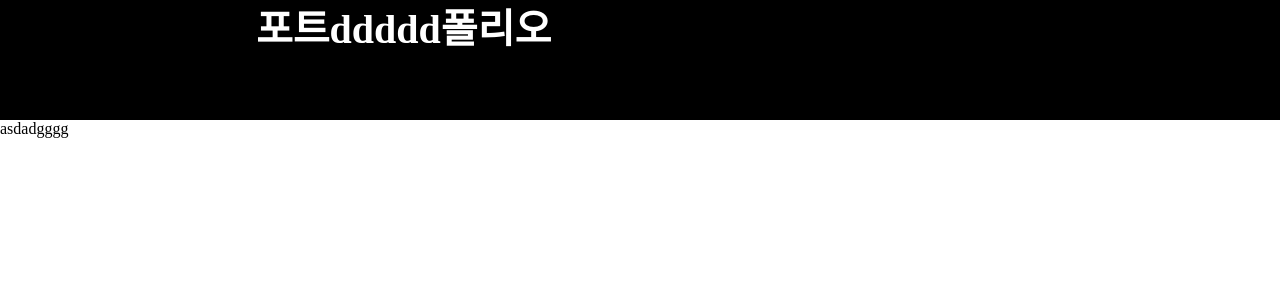
Repository: ItChoi/CSS-Study
Page: Css/WebContent/html/boostcourse/project-A1/portfolio.html
An editor plug-in stored every save of this project. The page is shown before and after a run of saves, followed by the edit.
The browser window is 1280 px wide. The pictures show the whole page.

Above is the page before, as saved 2019-06-17 12:26:51.

### Css/WebContent/html/boostcourse/project-A1/portfolio.html
<!DOCTYPE html>
<html>
<head>
	<link href="../../../css/boostcourse/project-A1/portfolio.css" rel="stylesheet" type="text/css">

</head>
<body>
	<div class="wrap">

		<div class="header">

		</div>

		<div class="content">

			<div class="con_header">
				<div class="test">
					<span class="title">포트ddddd폴리오</span>
				</div>

			</div>

			<div class="con_content">


			</div>

		</div>

		<div class="footer">
		asdadgggg
		</div>


	</div>

</body>
</html>

### Css/WebContent/css/boostcourse/project-A1/portfolio.css
html, body, .wrap {
	margin: 0px;
	padding: 0px;
}

.header {
	width: 100%;
	height: 120px;
	background: #000;

	position: relative;

}

.content {
	position: absolute;
	top: 0;
	left: 20%;
	right: 20%;
}

.con_header {
	width: 1000px;
	height: 120px;
}

.test {
	line-height: 60px;
}

.title {
	color: #fff;
	font-size: 40px;
	font-weight: bold;
}

After the next 2 saves:
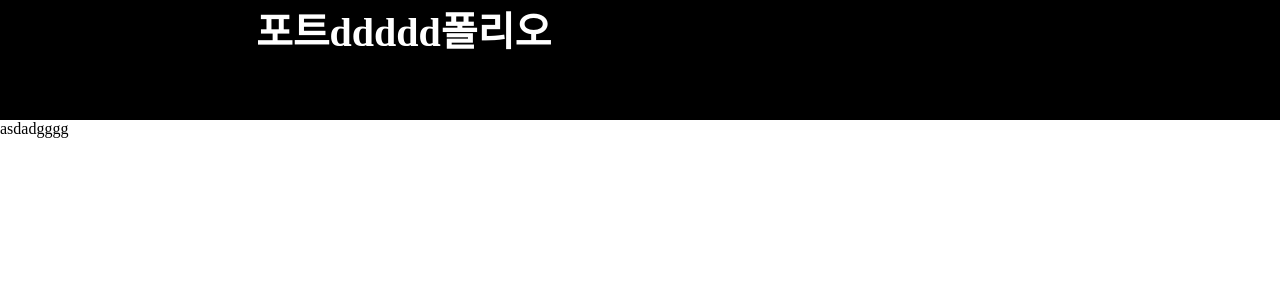
The 2 saves are shown as one change because they came seconds apart.
The last was saved 26 s later.
--- a/Css/WebContent/css/boostcourse/project-A1/portfolio.css
+++ b/Css/WebContent/css/boostcourse/project-A1/portfolio.css
@@ -24,10 +24,6 @@ html, body, .wrap {
 	height: 120px;
 }
 
-.test {
-	line-height: 60px;
-}
-
 .title {
 	color: #fff;
 	font-size: 40px;
